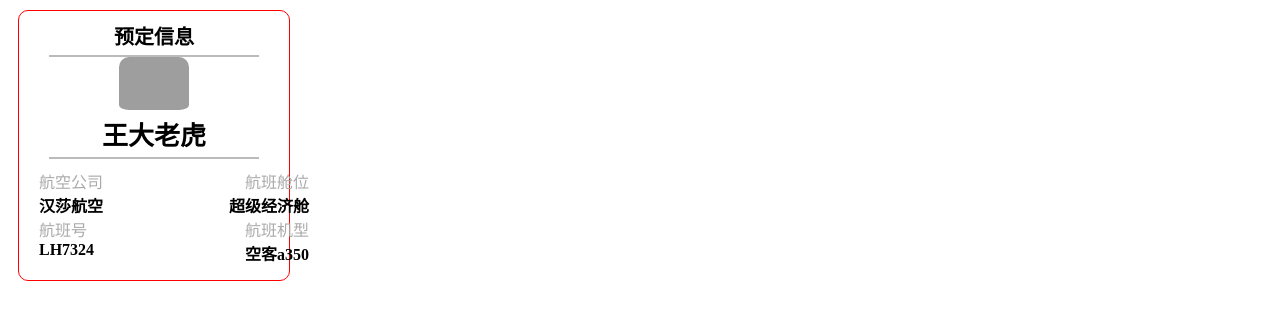
Repository: xzm1997/react-learning
Page: /
The author's editor kept a copy of each file at every save. The page is drawn from the files as they stood at one save, then again after the next save.
The browser window is 1280 px wide. The pictures show the whole page.
Pictures or frames that could not be fetched are drawn as grey boxes. The project was rebuilt for these pictures with package versions that can differ from the ones it lists, and the page was loaded fresh each time.

Above is the page before, as saved 2023-01-31 10:51:52.

After the next save:
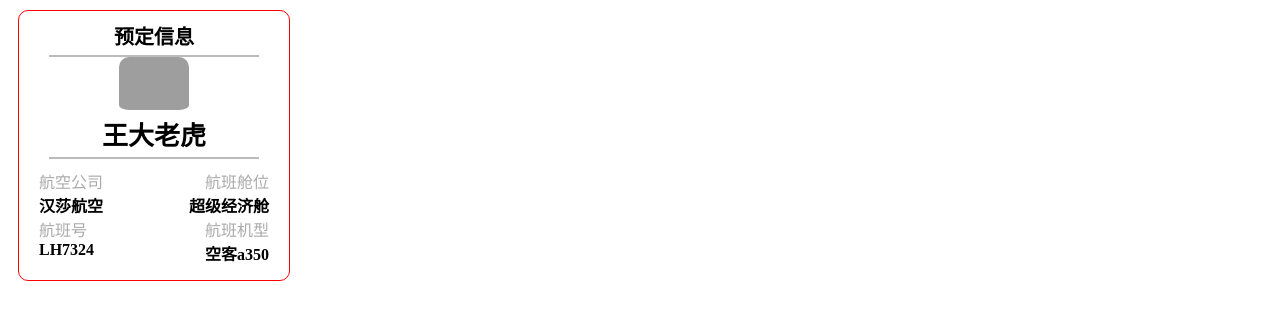
Saved 5 s later.
--- a/src/index.js
+++ b/src/index.js
@@ -30,14 +30,14 @@ export function BookInfo(props) {
       <div className='totalTitle'>预定信息</div>
       <UserInfo userName={props.userName} />
       <div className='infoDisplay'>
-        <ul className='infoItem leftSide'>
+        <div className='infoItem leftSide'>
           <InfoShow title='航空公司' content={props.ticketInfo.airline}/>
           <InfoShow title='航班号' content={props.ticketInfo.flightNum}/>
-        </ul>
-        <ul className='infoItem rightSide'>
+        </div>
+        <div className='infoItem rightSide'>
           <InfoShow title='航班舱位' content={props.ticketInfo.level}/>
           <InfoShow title='航班机型' content={props.ticketInfo.plane}/>
-        </ul>
+        </div>
       </div>
     </div>
     )
